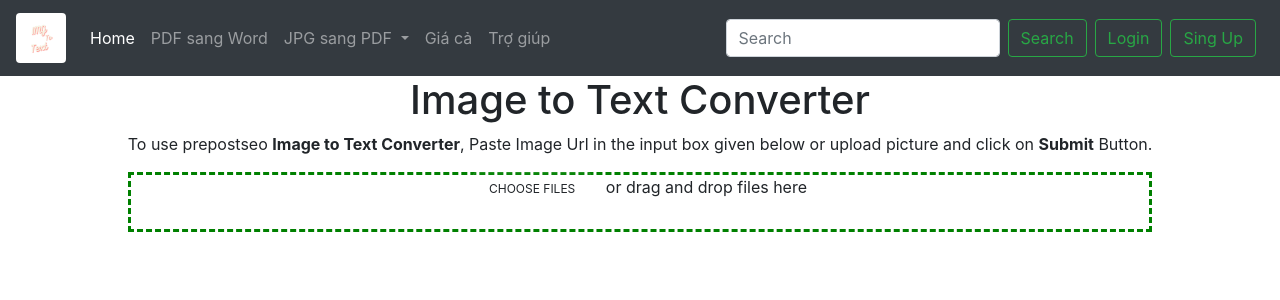
Repository: Tung1227/PBL6-2022
Page: index.html
An editor plug-in stored every save of this project. The page is shown before and after the next save, followed by the edit.
The browser window is 1280 px wide. The pictures show the whole page.

Above is the page before, as saved 2022-09-16 20:55:51.

### index.html
<!doctype html>
<html lang="en">

<head>
    <title>Title</title>
    <!-- Required meta tags -->
    <meta charset="utf-8">
    <meta name="viewport" content="width=device-width, initial-scale=1, shrink-to-fit=no">

    <!-- Bootstrap CSS -->
    <link rel="stylesheet" href="https://stackpath.bootstrapcdn.com/bootstrap/4.3.1/css/bootstrap.min.css"
        integrity="sha384-ggOyR0iXCbMQv3Xipma34MD+dH/1fQ784/j6cY/iJTQUOhcWr7x9JvoRxT2MZw1T" crossorigin="anonymous">
    <link rel="stylesheet" href="public/css/index.css">
</head>

<body>
    <nav class="navbar navbar-expand-lg navbar-dark bg-dark">
        <a class="navbar-brand" href="#">
            <img class="rounded" src="public/img/logo.png" width="50" height="50" alt="">
        </a>
        <button class="navbar-toggler" type="button" data-toggle="collapse" data-target="#navbarSupportedContent"
            aria-controls="navbarSupportedContent" aria-expanded="false" aria-label="Toggle navigation">
            <span class="navbar-toggler-icon"></span>
        </button>

        <div class="collapse navbar-collapse" id="navbarSupportedContent">
            <ul class="navbar-nav mr-auto">
                <li class="nav-item active">
                    <a class="nav-link" href="#">Home <span class="sr-only">(current)</span></a>
                </li>
                <li class="nav-item">
                    <a class="nav-link" href="#">PDF sang Word</a>
                </li>
                <li class="nav-item dropdown">
                    <a class="nav-link dropdown-toggle" href="#" id="navbarDropdown" role="button"
                        data-toggle="dropdown" aria-haspopup="true" aria-expanded="false">
                        JPG sang PDF
                    </a>
                    <div class="dropdown-menu" aria-labelledby="navbarDropdown">
                        <a class="dropdown-item" href="#">Action</a>
                        <a class="dropdown-item" href="#">Another action</a>
                        <div class="dropdown-divider"></div>
                        <a class="dropdown-item" href="#">Something else here</a>
                    </div>
                </li>
                <li class="nav-item">
                    <a class="nav-link" href="#">Giá cả</a>
                </li>
                <li class="nav-item">
                    <a class="nav-link" href="#">Trợ giúp</a>
                </li>
            </ul>
            <form class="form-inline my-2 my-lg-0 ">
                <input class="form-control mr-sm-2" type="search" placeholder="Search" aria-label="Search">
                <button class="btn btn-outline-success my-2 my-sm-0 mr-sm-2" type="submit">Search</button>
                <button class="btn btn-outline-success my-2 my-sm-0 mr-sm-2" type="submit">Login</button>
                <button class="btn btn-outline-success my-2 my-sm-0 mr-sm-2" type="submit">Sing Up</button>
            </form>
        </div>
    </nav>
    <div class="container d-flex justify-content-center mt-100">
        <div class="row">
            <div class="col-xs-1-12 text-center">
                <h1 class="">Image to Text Converter</h1>
                <p class="text16">To use prepostseo <strong>Image to Text Converter</strong>, Paste Image Url in the
                    input
                    box given below or upload picture and click on <strong>Submit</strong> Button.</p>
                <div class="file-drop-area">
                    <span class="choose-file-button">Choose files</span>
                    <span class="file-message">or drag and drop files here</span>
                    <input class="file-input" type="file" multiple>
                </div>
            </div>
        </div>
    </div>
    <!-- Optional JavaScript -->
    <!-- jQuery first, then Popper.js, then Bootstrap JS -->
    <script src="https://code.jquery.com/jquery-3.3.1.slim.min.js"
        integrity="sha384-q8i/X+965DzO0rT7abK41JStQIAqVgRVzpbzo5smXKp4YfRvH+8abtTE1Pi6jizo"
        crossorigin="anonymous"></script>
    <script src="https://cdnjs.cloudflare.com/ajax/libs/popper.js/1.14.7/umd/popper.min.js"
        integrity="sha384-UO2eT0CpHqdSJQ6hJty5KVphtPhzWj9WO1clHTMGa3JDZwrnQq4sF86dIHNDz0W1"
        crossorigin="anonymous"></script>
    <script src="https://stackpath.bootstrapcdn.com/bootstrap/4.3.1/js/bootstrap.min.js"
        integrity="sha384-JjSmVgyd0p3pXB1rRibZUAYoIIy6OrQ6VrjIEaFf/nJGzIxFDsf4x0xIM+B07jRM"
        crossorigin="anonymous"></script>
</body>

</html>

### public/css/index.css
* {
    padding: 0px;
    margin: 0px;
}

.file-drop-area {
    border: dashed green;
}

.file-input {
    height: 100%;
    width: 100%;
    cursor: pointer;
    opacity: 0;
}

.choose-file-button {
    flex-shrink: 0;
    background-color: rgba(255, 255, 255, 0.04);
    border: 1px solid rgba(255, 255, 255, 0.1);
    border-radius: 3px;
    padding: 8px 15px;
    margin-right: 10px;
    font-size: 12px;
    text-transform: uppercase;
}

After the next save:
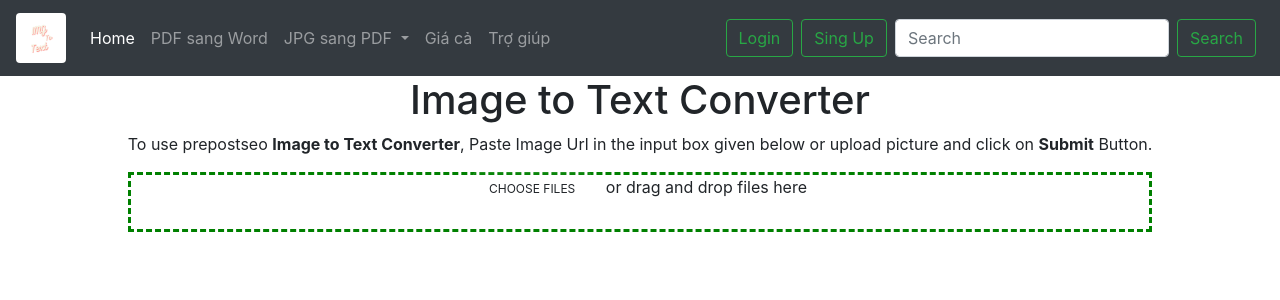
Saved 14 s later.
--- a/index.html
+++ b/index.html
@@ -51,10 +51,10 @@
                 </li>
             </ul>
             <form class="form-inline my-2 my-lg-0 ">
+                <button class="btn btn-outline-success my-2 my-sm-0 mr-sm-2" type="submit">Login</button>
+                <button class="btn btn-outline-success my-2 my-sm-0 mr-sm-2" type="submit">Sing Up</button>
                 <input class="form-control mr-sm-2" type="search" placeholder="Search" aria-label="Search">
                 <button class="btn btn-outline-success my-2 my-sm-0 mr-sm-2" type="submit">Search</button>
-                <button class="btn btn-outline-success my-2 my-sm-0 mr-sm-2" type="submit">Login</button>
-                <button class="btn btn-outline-success my-2 my-sm-0 mr-sm-2" type="submit">Sing Up</button>
             </form>
         </div>
     </nav>
